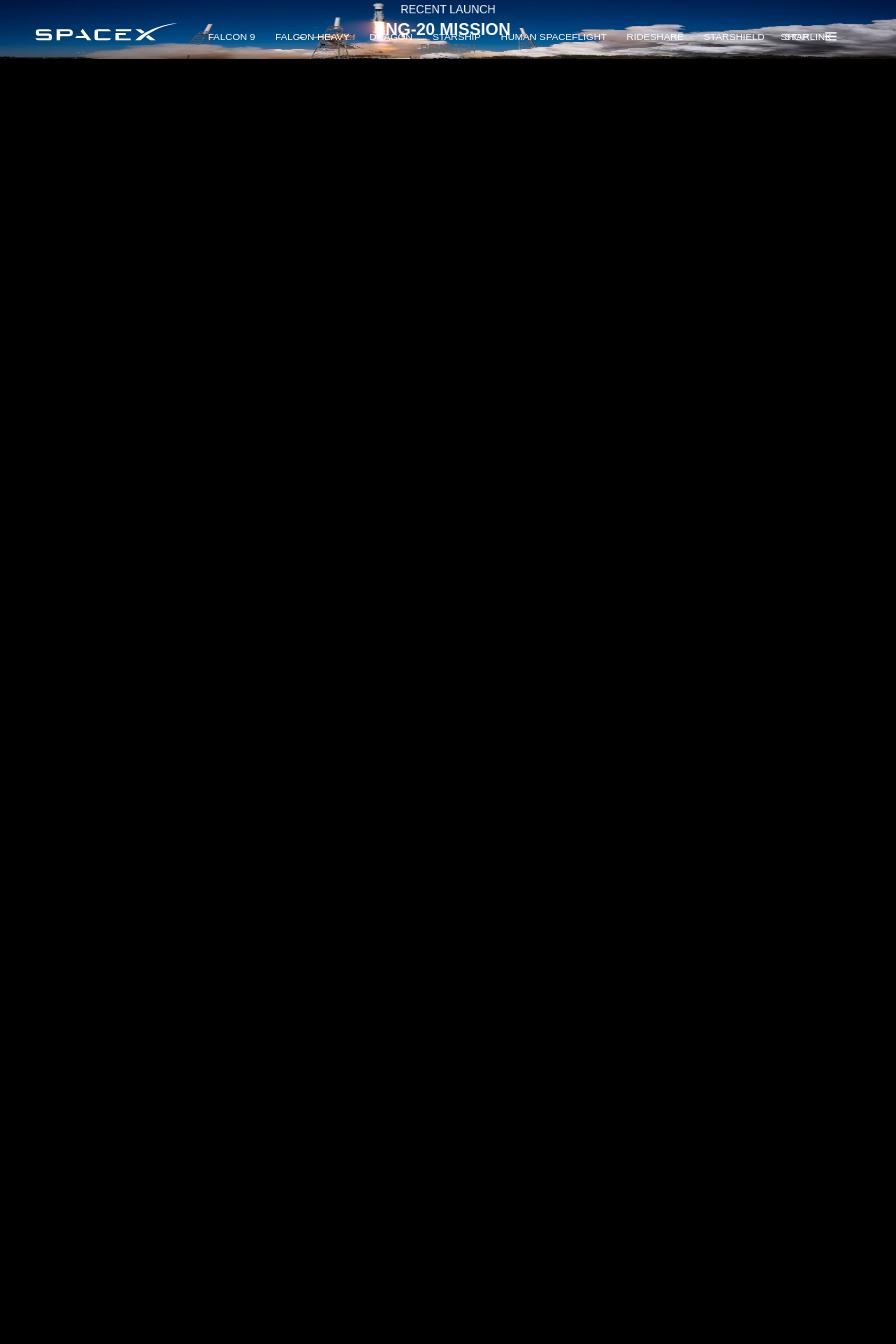
Repository: johnnyzhao5619/spacex.github.io
Page: index.html
These files come from the project's save history. The page is drawn as it stood at one moment and after a run of saves; the edit follows.
The browser window is 1280 px wide. The pictures show the part of the page from y = 0 to 1920 px (the page is 4000 px tall), at 70% of full size.

Above is the page before, as saved 2024-01-31 13:20:11.

### index.html
<!DOCTYPE html>
<html lang="en">
<head>
    <meta charset="UTF-8">
    <meta name="viewport" content="width=device-width, initial-scale=1.0">

    <title>SpaceX-FOR THE BENEFIT OF MARS(Parody Website)</title>
    <meta name="description" content="A Parody Website, it's a practice project created using HTML and CSS.">
    <meta name="keywords" content="parody,space,spacex,aerospace">
    <link rel="icon" type="image/x-icon" href="/static/images/favicon.ico" />

    <link rel="stylesheet" href="css/base.css">
    <link rel="stylesheet" href="css/common.css">
    <link rel="stylesheet" href="css/style.css">

</head>
<body>
    <section class="header">
        <div class="w">
            <div class="header_logo">
                <h1>
                    <a class="logo_item" href="#" title="SpaceX">SpaceX
                        <svg version="1.1" x="0px" y="0px" viewBox="0 0 400 50">
                            <title>SpaceX</title>
                            <g class="letter_s">
                            <path class="fill-white" d="M37.5,30.5H10.9v-6.6h34.3c-0.9-2.8-3.8-5.4-8.9-5.4H11.4c-5.7,0-9,2.1-9,6.7v4.9c0,4,3.4,6.3,8.4,6.3h26.9v7H1.5
                            c0.9,3.8,3.8,5.8,9,5.8h27.1c5.7,0,8.5-2.2,8.5-6.9v-4.9C46.1,33.1,42.8,30.8,37.5,30.5z"></path>
                            </g>
                            <g class="letter_p">
                            <path class="fill-white" d="M91.8,18.6H59v30.7h9.3V37.5h24.2c6.7,0,10.4-2.3,10.4-7.7v-3.4C102.8,21.4,98.6,18.6,91.8,18.6z M94.8,28.4
                            c0,2.2-0.4,3.4-4,3.4H68.3l0.1-8h22c4,0,4.5,1.2,4.5,3.3V28.4z"></path>
                            </g>
                            <g class="letter_a">
                            <polygon class="fill-white" points="129.9,17.3 124.3,24.2 133.8,37.3 114,37.3 109.1,42.5 137.7,42.5 142.6,49.3 153.6,49.3 	"></polygon>
                            </g>
                            <g class="letter_c">
                            <path class="fill-white" d="M171.4,23.9h34.8c-0.9-3.6-4.4-5.4-9.4-5.4h-26c-4.5,0-8.8,1.8-8.8,6.7v17.2c0,4.9,4.3,6.7,8.8,6.7h26.3
                            c6,0,8.1-1.7,9.1-5.8h-34.8V23.9z"></path>
                            </g>
                            <g class="letter_e">
                                <polygon class="fill-white" points="228.3,43.5 228.3,34.1 247,34.1 247,28.9 218.9,28.9 218.9,49.3 260.4,49.3 260.4,43.5 	"></polygon>
                                <rect class="fill-white" x="219.9" y="18.6" width="41.9" height="5.4"></rect>
                            </g>
                            <g class="letter_x">
                                <path class="fill-white" d="M287.6,18.6H273l17.2,12.6c2.5-1.7,5.4-3.5,8-5L287.6,18.6z"></path>
                                <path class="fill-white" d="M308.8,34.3c-2.5,1.7-5,3.6-7.4,5.4l13,9.5h14.7L308.8,34.3z"></path>
                            </g>
                            <g class="letter_swoosh">
                                <path class="fill-white" d="M399,0.7c-80,4.6-117,38.8-125.3,46.9l-1.7,1.6h14.8C326.8,9.1,384.3,2,399,0.7L399,0.7z"></path>
                            </g>
                        </svg>
                    </a>
                </h1>
            </div>
            <div class="header_nav">
                <ul>
                    <li><a href="#">FALCON 9</a></li>
                    <li><a href="#">FALCON HEAVY</a></li>
                    <li><a href="#">DRAGON</a></li>
                    <li><a href="#">STARSHIP</a></li>
                    <li><a href="#">HUMAN SPACEFLIGHT</a></li>
                    <li><a href="#">RIDESHARE</a></li>
                    <li><a href="#">STARSHIELD</a></li>
                    <li><a href="#">STARLINK</a></li>
                </ul>
            </div>
        </div>
        <div class="header_rigth_menu">
            <div class="menu_nav">
                <ul>
                    <li><a href="#">SHOP</a></li>
                </ul>
            </div>
            <button class="menu_button" aria-label="menu button">
                <div class="bar1"></div>
                <div class="bar2"></div>
                <div class="bar3"></div>
            </button>
        </div>

    </section>
    <section class="scroller">
        <div class="section clearfix">
            <img class="background" src="./images/Cygnus_NG_20_outsidesouthtwr_DSC_9917_desktop_b9a8f27479.jpg" alt="">
            <div class="section_inner">
                <p>RECENT LAUNCH</p>
                <h1>NG-20 MISSION</h1>
                <a href="#">REWATCH</a>
            </div>
        </div>
        <div class="section clearfix"><img class="background" src="./images/Cygnus_NG_20_vertical_013024_DSC_3075_desktop_73742a97cd.jpg" alt=""></div>
        <div class="section clearfix"><img class="background" src="./images/Star_6_38_012824_DSC_4825_desktop_29a4ab033f.jpg" alt=""></div>
        <div class="section clearfix"><img class="background" src="./images/Axiom_3_pad40_DSC_2888_desktop_ec18672702.jpg" alt=""></div>
        <div class="section clearfix"><img class="background" src="./images/Flight_2_Web_Crop_fbebdf1cd4.jpg" alt=""></div>
    </section>



</body>
</html>

### css/base.css
/* 把我们所有标签的内外边距清零 */
* {
    margin: 0;
    padding: 0;
    box-sizing: border-box;
}
/* em和i斜体的文字不倾斜 */
em,
i {
    font-style: normal;
}
/* 去掉li的小圆点 */
li {
    list-style: none;
}

img {
    /* border:0 照顾低版本浏览器 如果图片外面包含了链接会有边框的问题 */
    border: 0;
    /* 取消图片底侧有空白缝隙的问题 */
    vertical-align: middle;
}
button {
    /* 当我们鼠标经过button 按钮的时候，鼠标变成小手*/
    cursor: pointer
}
a {
    color: #666;
    text-decoration: none;
}
a:hover {
    color: rgb(131, 138, 144);

}
button,
input {
    font-family: D-DIN-Regular,Arial,Verdana,sans-serif;
}

body {
    /* CSS3 抗锯齿形 让文字显示的更加清晰 */
    -webkit-font-smoothing: antialiased;
    background-color: #000;
    font: 16px/28px D-DIN-Regular,Arial,Verdana,sans-serif;
    font-weight: 400;
    font-style: normal;
    color: #fff;

}

.hide,
.none {
    display: none;
}

/* 给父元素添加clearfix属性 */
.clearfix:after {
    /* 隐藏盒子，不让别人看到 */
    visibility: hidden;
    clear: both;
    /* 转换为块级元素 */
    display: block;
    /* 内容可以为空格也可以为小点 */
    content: ".";
    /* 高度为0 */
    height: 0;
}
.clearfix {
    /* IE6、7 专有 带有这个*的属性，只有IE6和7才能执行 zoomjiushi IE6和7清除浮动的方法 */
    *zoom: 1;
}

### css/common.css
.header {
    position: fixed;
    top: 0;
    left: 0;
    z-index: 100;
    width: 100%;
    height: 100px;
}
.w {
    position: relative;
    width: 100%;
    height: 100%;
    max-width: 1400px;
    margin: 0 auto;
}
.header_logo a,
.header_nav a,
.menu_nav a {
    position: relative;
    height: 100%;
    font: 14px/28px D-DIN-Bold,Arial,Verdana,sans-serif;
    font-weight: 500;
    font-style: normal;
    color: #fff;
    text-transform: uppercase;
    text-decoration: none;
}
.header_logo a {
    font-size:0;
}
.header_nav ul li a::before,
.menu_nav ul li a::before {
    display: none;
    content: "";
    position: absolute;
    left: 0;
    top: 0;
    width: 100%;
    height: 100%;
    border-bottom: 2px solid #fff;
}
.header_nav ul li a:hover::before,
.menu_nav ul li a:hover::before {
    display: block;
}

.header_logo {
    position:absolute;
    top: 32px;
    left: 50px;
}
.header_logo .logo_item {
    display: block;
    width: 210px;
    height: auto;
    fill: #fff;
}
.header_nav {
    position: absolute;
    top: 38px;
    left: 285px;

}
.header_nav ul li {
    display: inline-block;
    margin: 0 12px;
    white-space: nowrap;
    overflow: hidden;
}
.header_rigth_menu {
    position: absolute;
    right: 85px;
    top: 38px;
    width: 80px;
}
.header_rigth_menu .menu_nav{
    float: left;
}
.header_rigth_menu .menu_nav ul li{
    display: inline-block;
}
.header_rigth_menu .menu_button {
    float: right;
    width: 16px;
    height: 16px;
    border: 0;
	outline: none;
	background-color: transparent;
    margin-top: 4px;
}
.header_rigth_menu .menu_button div {
    width: 16px;
    height: 0px;
    border-bottom: 2px solid #fff;
    padding-top: 3px;
}

### css/style.css
body{
    height:4000px;
}
.scroller {
    position: fixed;
    top: 0;
    left: 0;
    width: 100%;
    height: auto;
    text-align: center;
    will-change: transform;
}
.scroller div {
    position: relative;
    width: 100%;

}
.scroller div .background {
    display: block;
    position: absolute;
    width: 100%;
    height: 100%;
}
.scroller .section_inner {
    t
}

After the next 3 saves:
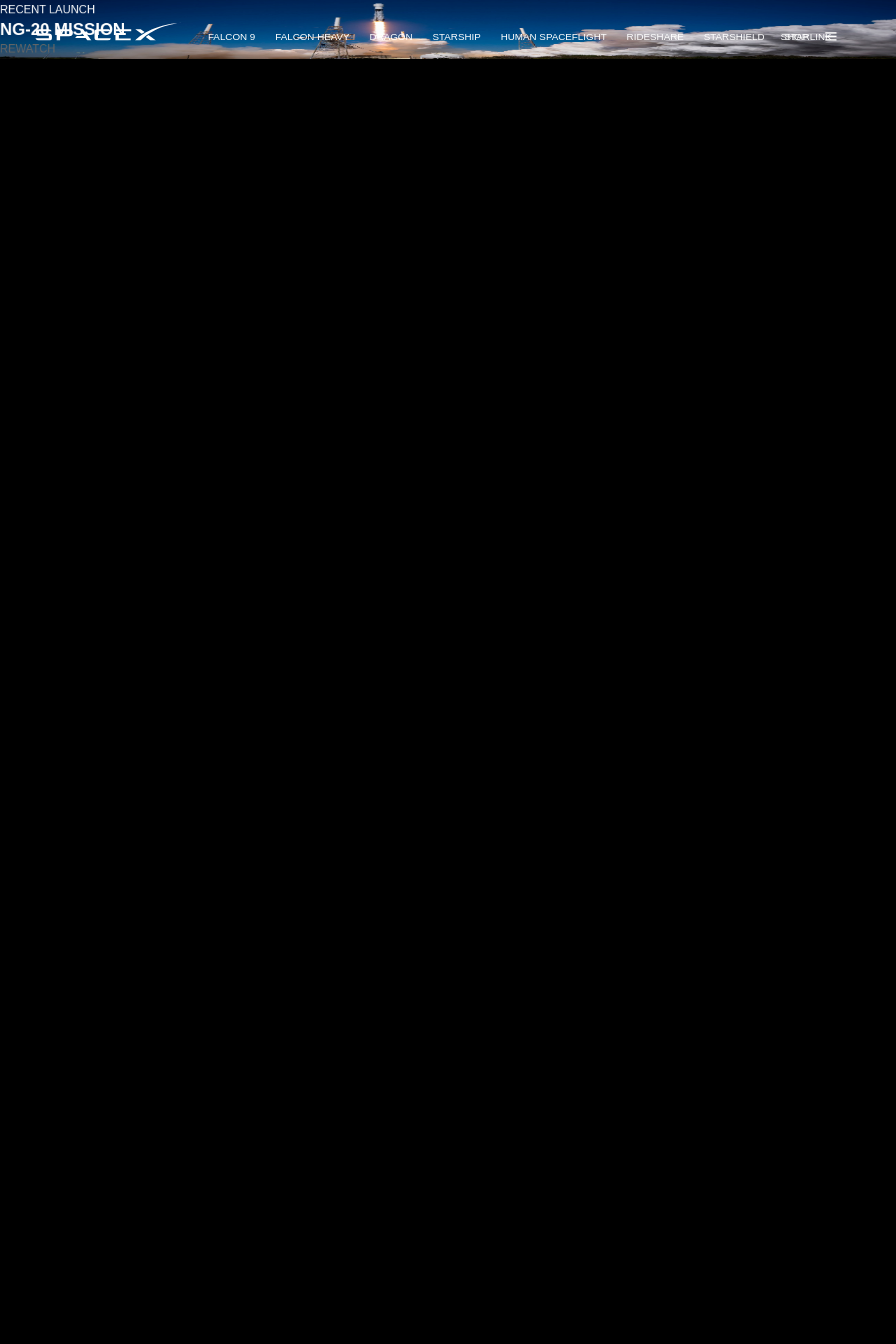
The 3 saves are shown as one change because they came seconds apart.
The last was saved 10 s later.
--- a/css/style.css
+++ b/css/style.css
@@ -22,5 +22,6 @@
     height: 100%;
 }
 .scroller .section_inner {
-    t
+
+    text-align: left;
 }
